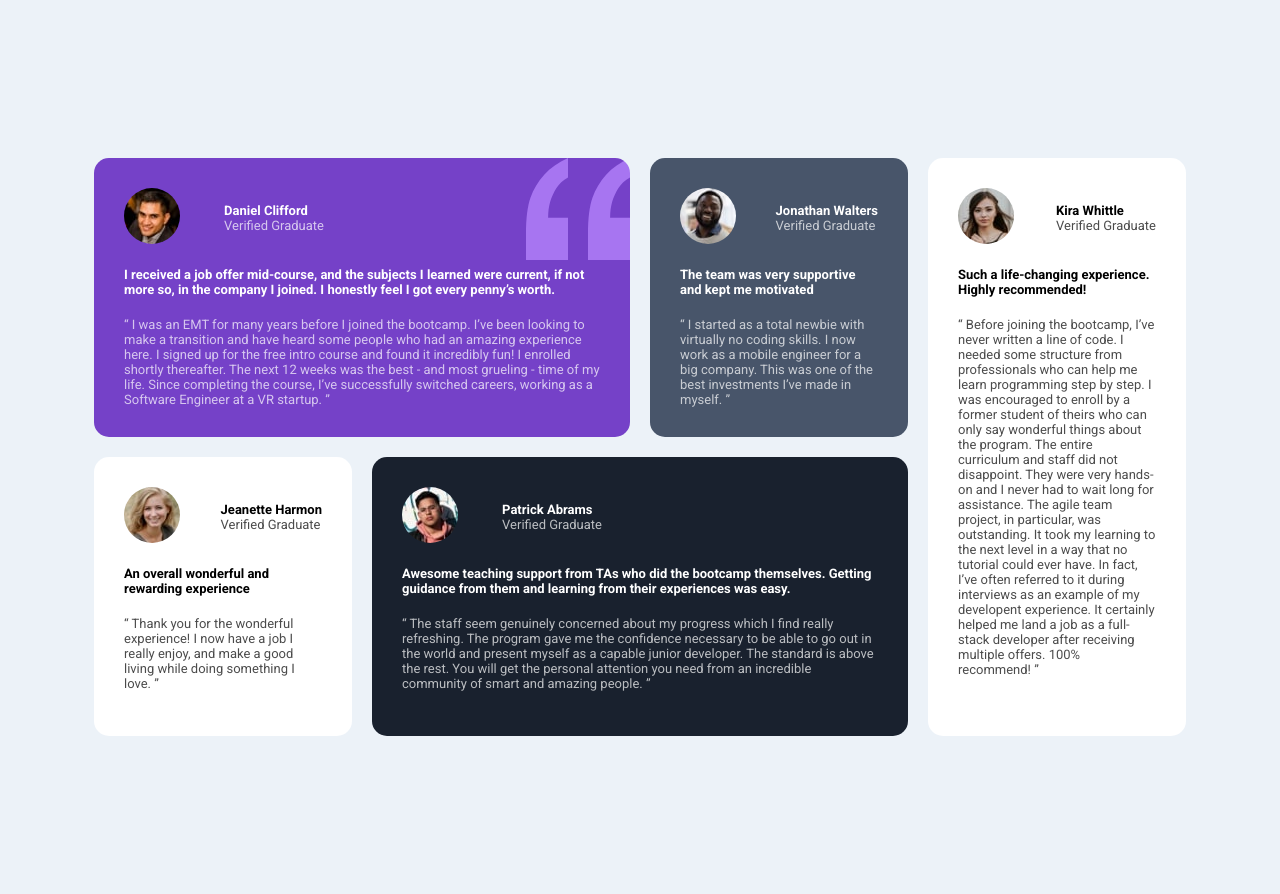
Repository: Toqa-25/testimonials
Page: index.html
An editor plug-in stored every save of this project. The page is shown before and after the next save, followed by the edit.
The browser window is 1280 px wide. The pictures show the whole page.

Above is the page before, as saved 2021-11-04 13:21:55.

After the next save:
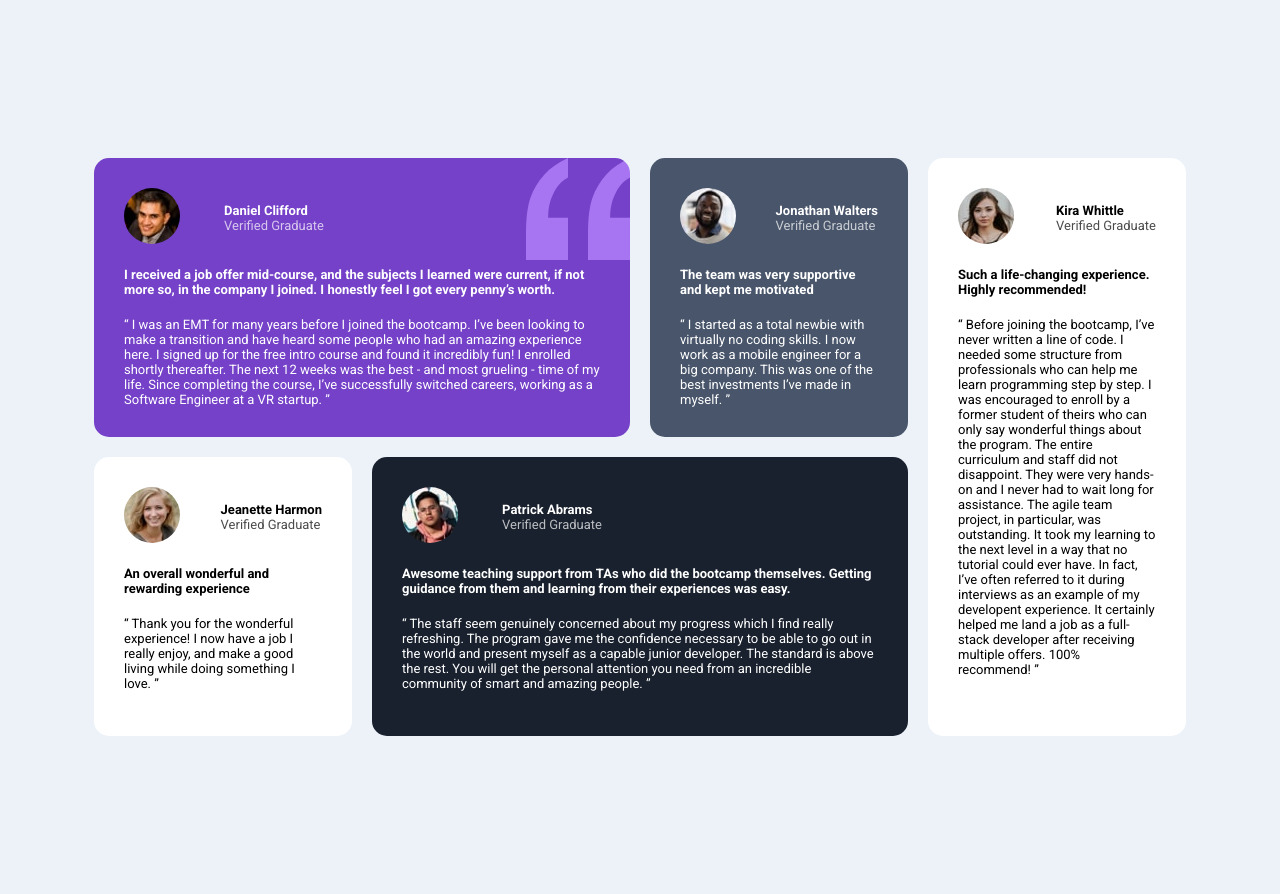
Saved 4 s later.
--- a/css/style.css
+++ b/css/style.css
@@ -32,7 +32,9 @@
     grid-gap: 20px;
      padding: 30px;
 }
-.lite-text,
+.lite-text{
+    opac
+}
 .name-info{
     opacity:.7;
 }
